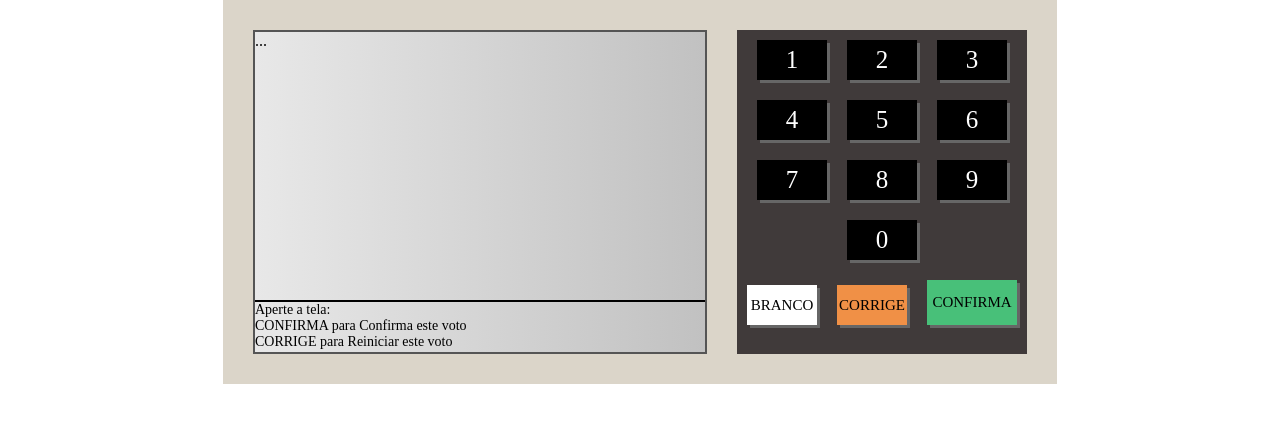
Repository: ThiagoIturra/urnaJs
Page: index.html
These files come from the project's save history. The page is drawn as it stood at one moment and after the next save; the edit follows.
The browser window is 1280 px wide. The pictures show the whole page.

Above is the page before, as saved 2022-01-05 16:29:24.

### index.html
<!DOCTYPE html>
<html lang="pt-BR">
<header>
    <meta charset="UTF-8" />
    <meta name="viewport" content="width=device-width, initial-scale=1.0">
    <link rel="stylesheet" href="style.css">
    <title>Urna Eletrônica</title>
</header>
<body>
    <div class="urna">
        <div class="screen">
            <div class="division">...</div>
            <div class="division-2">
                Aperte a tela:<br/>
                CONFIRMA para Confirma este voto<br/>
                CORRIGE para Reiniciar este voto
            </div>
        </div>
        <div class="keyboard">
            <div class="keyboard--line">
                <div class="keyboard--button">1</div>
                <div class="keyboard--button">2</div>
                <div class="keyboard--button">3</div>
            </div>
            <div class="keyboard--line">
                <div class="keyboard--button">4</div>
                <div class="keyboard--button">5</div>
                <div class="keyboard--button">6</div>
            </div>
            <div class="keyboard--line">
                <div class="keyboard--button">7</div>
                <div class="keyboard--button">8</div>
                <div class="keyboard--button">9</div>
            </div>
            <div class="keyboard--line">
                <div class="keyboard--button">0</div>
            </div>
            <div class="keyboard--line">
                <div class="keyboard--button button--branco">BRANCO</div>
                <div class="keyboard--button button--corrige">CORRIGE</div>
                <div class="keyboard--button button--confirma">CONFIRMA</div>
            </div>
        </div>
    </div>
</body>
</html>

### style.css
body {
    margin: 0;
    display: flex;
    justify-content: center;
    align-items: center;
}

.urna {
    background-color: #dbd5c9;
    padding: 30px;
    display: flex;
}

.screen {
    width: 450px;
    height: 320px;
    background: linear-gradient(to right, #e8e8e8, #c1c1c1);
    border: 2px solid #555;
    display: flex;
    flex-direction: column;
}

.keyboard {
    background-color: #403A3A;
    margin-left: 30px;
}

.keyboard--line {
    display: flex;
    justify-content: center;
    align-items: flex-end;
}

.keyboard--button {
    width: 70px;
    height: 40px;
    background-color: #000;
    color: #fff;
    font-size: 25px;
    display: flex;
    justify-content: center;
    align-items: center;
    margin: 10px;
    cursor: pointer;
    box-shadow: 3px 3px 0px #666;
}

.button--branco {
    background-color: #fff;
    color: #000;
    font-size: 15px;
    cursor: pointer;
}

.button--corrige {
    background-color: #f09046;
    color: #000;
    font-size: 15px;
    cursor: pointer;
}

.button--confirma {
    background-color: #48c079;
    color: #000;
    font-size: 15px;
    cursor: pointer;
    width: 90px;
    height: 45px;
}

.division {
    flex: 1;
}

.division-2 {
    height: 50px;
    font-size: 14px;
    border-top: 2px solid #000;
}

After the next save:
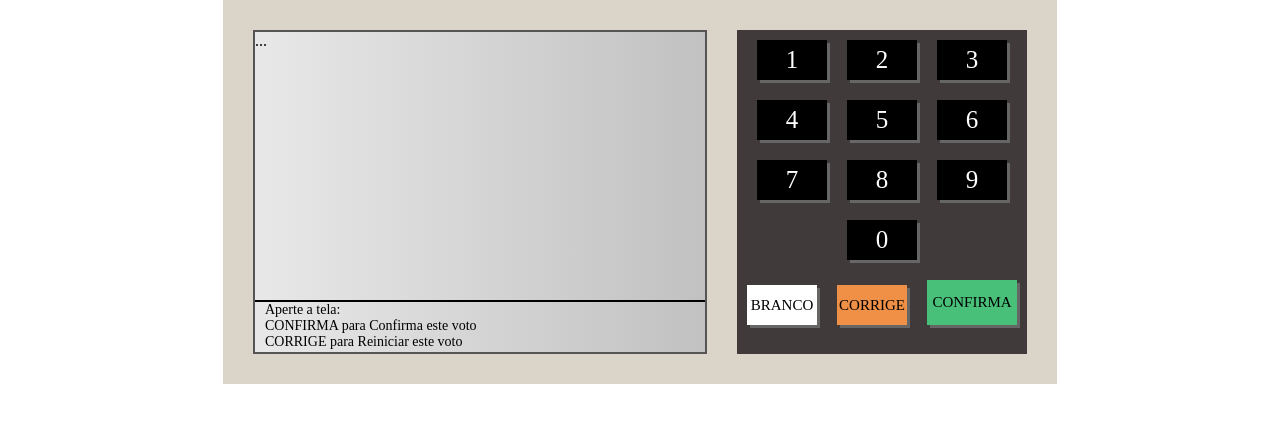
Saved 19 s later.
--- a/style.css
+++ b/style.css
@@ -76,4 +76,5 @@ body {
     height: 50px;
     font-size: 14px;
     border-top: 2px solid #000;
+    padding-left: 10px;
 }
